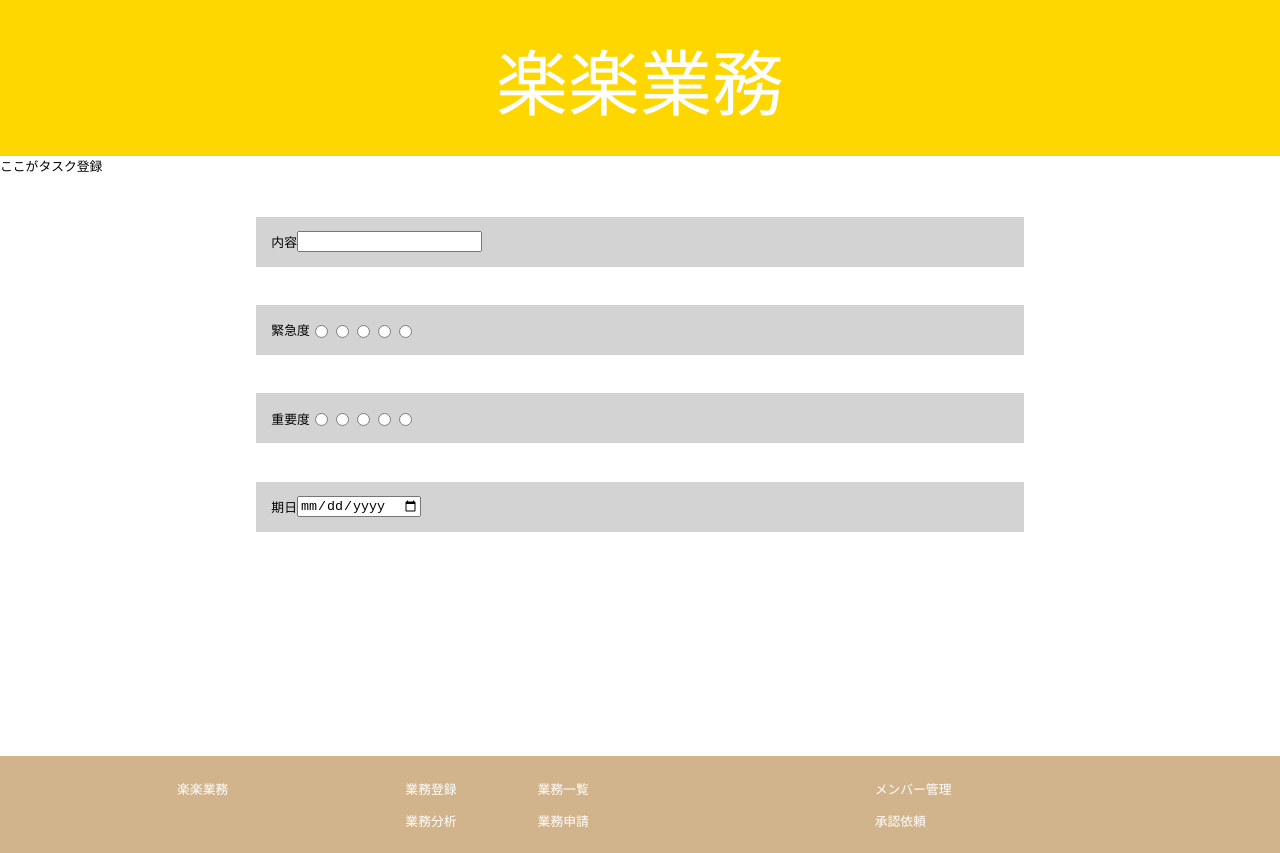
Repository: Reiya-1003/VueReplaceTask
Page: /#/register
These files come from the project's save history. The page is drawn as it stood at one moment and after the next save; the edit follows.
The browser window is 1280 px wide. The pictures show the whole page.
The project was rebuilt for these pictures with package versions that can differ from the ones it lists, and the page was loaded fresh each time. Also part of the build but not shown: vue.config.js, src/components/pages/PageHome.vue.

Above is the page before, as saved 2022-06-16 15:35:23.

### public/index.html
<!DOCTYPE html>
<html lang="">
  <head>
    <meta charset="utf-8">
    <meta http-equiv="X-UA-Compatible" content="IE=edge">
    <meta name="viewport" content="width=device-width,initial-scale=1.0">
    <link rel="icon" href="<%= BASE_URL %>favicon.ico">
    <link rel="stylesheet" href="style.css">
    <title><%= htmlWebpackPlugin.options.title %></title>
  </head>
  <body>
    <noscript>
      <strong>We're sorry but <%= htmlWebpackPlugin.options.title %> doesn't work properly without JavaScript enabled. Please enable it to continue.</strong>
    </noscript>
    <div id="app"></div>
    <!-- built files will be auto injected -->
  </body>
</html>

### src/main.js
import Vue from 'vue'
import App from './App.vue'
import router from './roter'

Vue.config.productionTip = false


new Vue({
  router,
  render: h => h(App),
}).$mount('#app')

### src/App.vue
<template>
  <div>
      <PageHeader />

        <!-- <PageHome /> -->
        <router-view />

      <PageFooter />
  </div>
</template>

<script>
import PageHeader from "./components/modules/PageHeader";
import PageFooter from "./components/modules/PageFooter";


export default {
  name: 'App',
  components: {
    PageHeader,
    PageFooter,


  },

}
</script>

<style>

</style>

### src/roter.js
import Vue from 'vue'
import VueRouter from 'vue-router'
import Home from '@/components/pages/PageHome.vue'
import Register from '@/components/pages/PageRegister.vue'




Vue.use(VueRouter)

export default new VueRouter({
  // デフォルトの挙動では URL に `#` が含まれる.
  // URL から hash を取り除くには `mode:history` を指定する
  // mode: 'history',
  base: __dirname,

  routes: [
    {
      path: '/',
      name: 'home',
      component: Home
    },
    {
      path: '/register',
      name: 'register',
      component: Register
    },



  ]

})

### src/components/modules/PageHeader.vue
<template>
  <header id="headerblock">

    <h1 id="title" ><router-link to="/" >楽楽業務</router-link></h1>


  </header>
</template>

<script>
export default {
  name: 'PageHeader',

}
</script>


<style lang="scss" type="text/css">
  #headerblock{
    height: 10%;
    width: 100%;
    background-color: #ffd700;
    h1{
      margin: 0;
      text-align: center;
      padding: 2%;
      color: white;
      font-size: 10vh;
      font-weight: normal;
      a{
      cursor: pointer;
      color: inherit;
      text-decoration: none;
    }
    }


  }
</style>

### src/components/modules/PageFooter.vue
<template>
  <div id="footblock">

    <div class="flexitem1">
      <p><router-link to="/" >楽楽業務</router-link></p>
    </div>
    <div class="flexitem2">
      <div>
        <!-- roter-linkになると思う -->
        <p><router-link to="/register">業務登録</router-link></p>
        <p>業務分析</p>
      </div>
      <div class="item">
        <p>業務一覧</p>
        <p>業務申請</p>
      </div>
    </div>
    <div class="flexitem3">
      <p>メンバー管理</p>
      <p>承認依頼</p>
    </div>


  </div>
</template>

<script>
export default {
  name: 'PageFooter',

}
</script>


<style lang="scss" type="text/css">
  #footblock{
    background-color: #d2b48c;
    color: white;
    display: flex;
    justify-content: space-around;

    .flexitem1{
      width: 100%;
      text-align: center;
      padding-top: 10px;
      padding-bottom: 10px;
      a{
      cursor: pointer;
      color: inherit;
      text-decoration: none;
      }
    }
    .flexitem2{
      width: 100%;
      display: flex;
      padding-top: 10px;
      padding-bottom: 10px;
      justify-content: flex-start;
      a{
      cursor: pointer;
      color: inherit;
      text-decoration: none;
      }
      .item{
        padding-left: 20%;
      }
    }
    .flexitem3{
      padding-top: 10px;
      padding-bottom: 10px;
      padding-left: 5%;
      width: 100%;
      a{
      cursor: pointer;
      color: inherit;
      text-decoration: none;
      }
    }
  }
</style>

### src/components/pages/PageRegister.vue
<template>
  <div style="height: 600px">
    <div>ここがタスク登録</div>

    <div class="listbox">
      <div class="listitem"><span>内容</span><input type="text"></div>
      <div class="listitem"><span>緊急度</span><input type="radio"><input type="radio"><input type="radio"><input type="radio"><input type="radio"></div>
      <div class="listitem"><span>重要度</span><input type="radio"><input type="radio"><input type="radio"><input type="radio"><input type="radio"></div>
      <div class="listitem"><span>期日</span><input type="date"></div>
    </div>

  </div>
</template>

<script>
export default {
  name: "PageRegister",
};
</script>

<style lang="scss" type="text/css">
.listbox {
  margin: 3px auto;
  height: 400px;
  width: 60%;
  display: flex;
  flex-direction: column;

  .listitem{
   height: 50px;
   display: flex;
   align-items: center;
   margin-top: 5%;
   background-color:lightgray;
   span{
     margin-left: 2%;
   }
  }




}
</style>

### public/style.css
body{
  margin: 0;
  font-size: 1vmax;
}

After the next save:
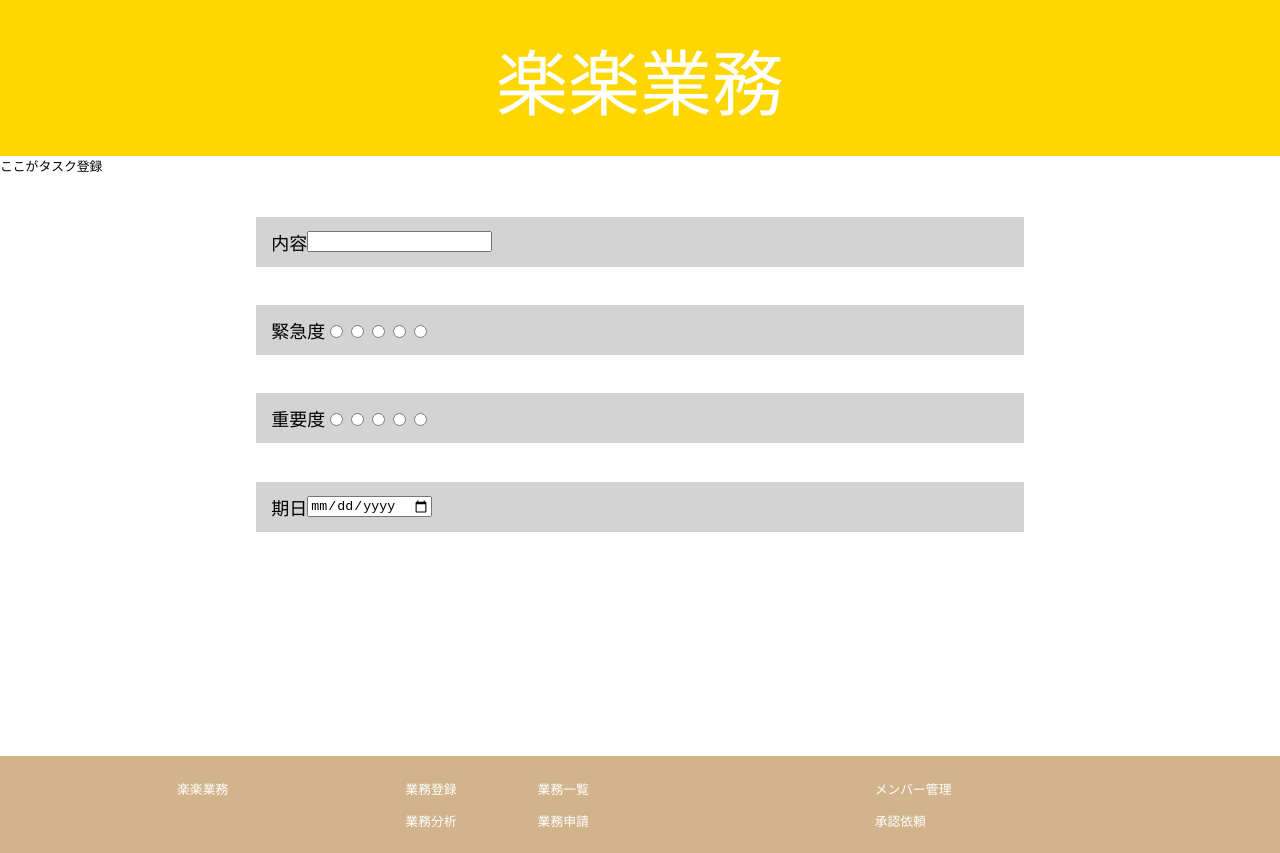
Saved 29 s later.
--- a/src/components/pages/PageRegister.vue
+++ b/src/components/pages/PageRegister.vue
@@ -34,6 +34,7 @@ export default {
    background-color:lightgray;
    span{
      margin-left: 2%;
+     font-size: large;
    }
   }
 
